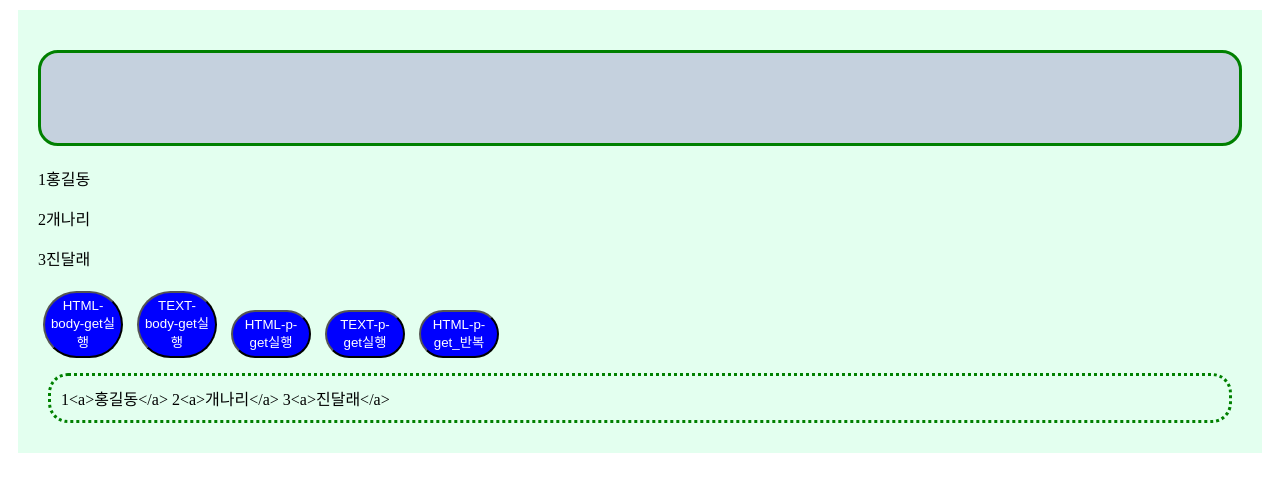
Repository: ypyp0205/jquery
Page: jqpro/WebContent/0210/text_html.html
An editor plug-in stored every save of this project. The page is shown before and after the next save, followed by the edit.
The browser window is 1280 px wide. The pictures show the whole page.
After loading, the first visible `#btn5` was clicked once.

Above is the page before, as saved 2020-02-10 01:23:25.

### jqpro/WebContent/0210/text_html.html
<!DOCTYPE html>
<html>
<head>
<meta charset="UTF-8">
<title>Insert title here</title>
<link rel="stylesheet" href="../CSS/mystyle.css">
<script src="../js/jquery-3.4.1.min.js" type="text/javascript"></script>
<script type="text/javascript">
	$(function() { //window.onload와 같다 바디가 실행되고난 후 실행되는 것

		$('#btn1').on('click', function() {
			vh = $('body').html(); // getter
			alert(vh);

			// text : #result1에 출력시 모든 태그를 그냥 글자로 출력한다.
			$('#result1').text(vh);

			// html : #result1에 출력시 모든 태그가 실행 된다.
			$('#result1').html(vh); // setter
		})

		$('#btn2').click(function() {
			// body태그 안의 모든내용을 가져온다.
			vt = $('body').text();
			alert(vt);
			$('#result1').text(vt);
		})

		$('#btn3').on('click', function() {

			// p태그가 여러개인 경우 첫번째만 가져온다.
			ph = $('p').html(); // getter
			//alert(ph);

			$('#result1').html(ph);
			//$('#result1').text(ph);

		})

		$('#btn4').on('click', function() {

			// p태그안의 문자만 가져온다.
			// p태그가 여러개인 경우 모두 다 가져온다.
			pt = $('p').text(); // getter
			//alert(ph);

			$('#result1').text(pt);
			//$('#result1').text(pt);
		})

		$('#btn5').on('click', function() {
			str = "";
			$('p').each(function(i, k) {
				str += $(this).html();
				// str += $(k).html();


			})

			// $('#result1').html(str);
			$('#result1').text(str);
		})
	})
</script>
</head>
<body>

	<div class="box">
		<h2></h2>
		<pre>

		</pre>


		<p>
			1<a>홍길동</a>
		</p>
		<p>
			2<a>개나리</a>
		</p>
		<p>
			3<a>진달래</a>
		</p>



		<button id="btn1" type="button">HTML-body-get실행</button>
		<button id="btn2" type="button">TEXT-body-get실행</button>

		<button id="btn3" type="button">HTML-p-get실행</button>
		<button id="btn4" type="button">TEXT-p-get실행</button>
		<button id="btn5" type="button">HTML-p-get_반복</button>

		<div id="result1"></div>



	</div>
</body>
</html>

### jqpro/WebContent/CSS/mystyle.css
@CHARSET "UTF-8";

pre {
	height: auto;
	background: #efffef;
	border: 3px solid green;
	font-size: 20px;
	padding: 10px;
	border-radius: 20px;
}

.box {
	background: #e3ffef;
	margin: 10px;
	height: auto;
	padding: 20px;
}

.box div {
	border: 3px dotted green;
	height: auto;
	margin: 10px;
	padding: 10px;
	border-radius: 20px;
}

.box button {
	color: white;
	background: blue;
	padding: 5px;
	margin: 5px;
	width: 80px;
	border-radius: 40px;
}

.box pre {
	padding: 15px;
	color: blue;
	background: rgb(197, 209, 222);
	line-height: 1.5em;
	font-weight: bold;
	}

Loaded but not shown: jqpro/WebContent/js/jquery-3.4.1.min.js (library)

After the next save:
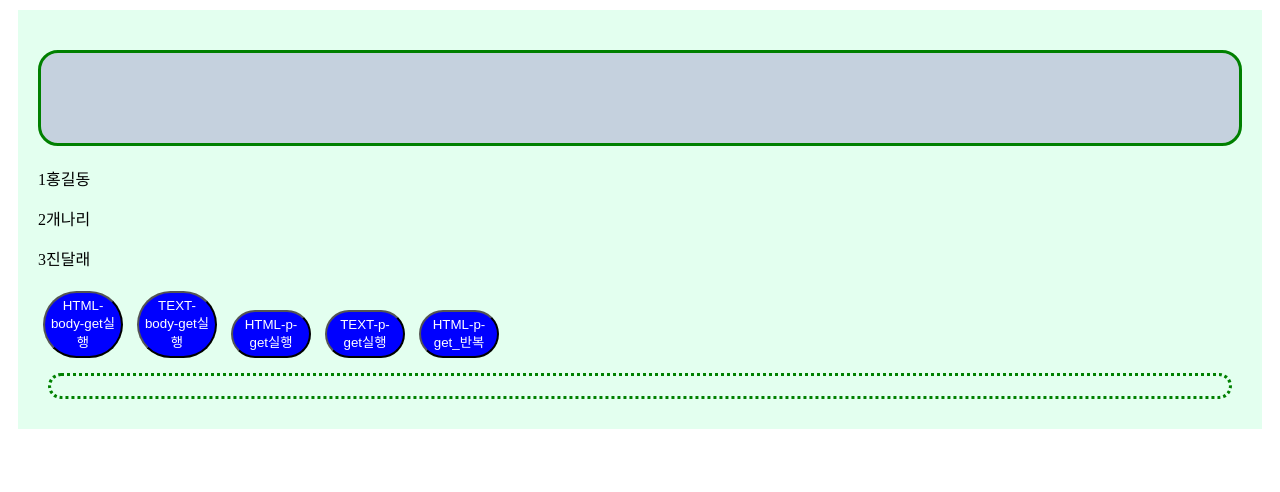
Console error: ReferenceError: k is not defined
Saved 2 min 13 s later.
--- a/jqpro/WebContent/0210/text_html.html
+++ b/jqpro/WebContent/0210/text_html.html
@@ -50,12 +50,17 @@
 
 		$('#btn5').on('click', function() {
 			str = "";
-			$('p').each(function(i, k) {
+			$.each($('p'), function(){
+				str += $(k).html();
+			})
+
+
+			/* $('p').each(function(i, k) {
 				str += $(this).html();
 				// str += $(k).html();
+			}) */
 
 
-			})
 
 			// $('#result1').html(str);
 			$('#result1').text(str);

After the save that followed:
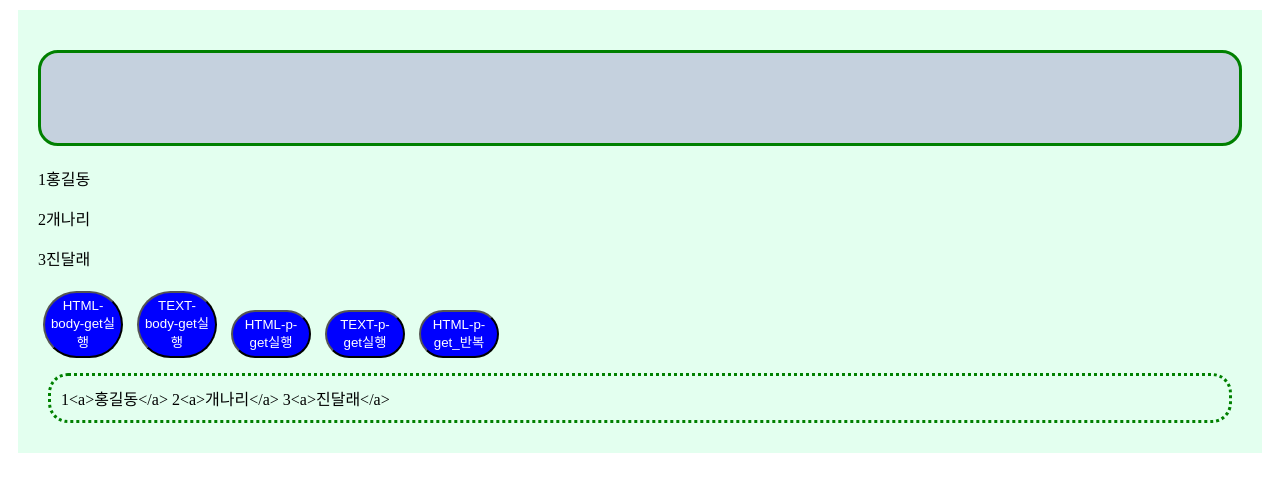
The error is gone.
Saved 5 s later.
--- a/jqpro/WebContent/0210/text_html.html
+++ b/jqpro/WebContent/0210/text_html.html
@@ -51,7 +51,7 @@
 		$('#btn5').on('click', function() {
 			str = "";
 			$.each($('p'), function(){
-				str += $(k).html();
+				str += $(this).html();
 			})
 
 
